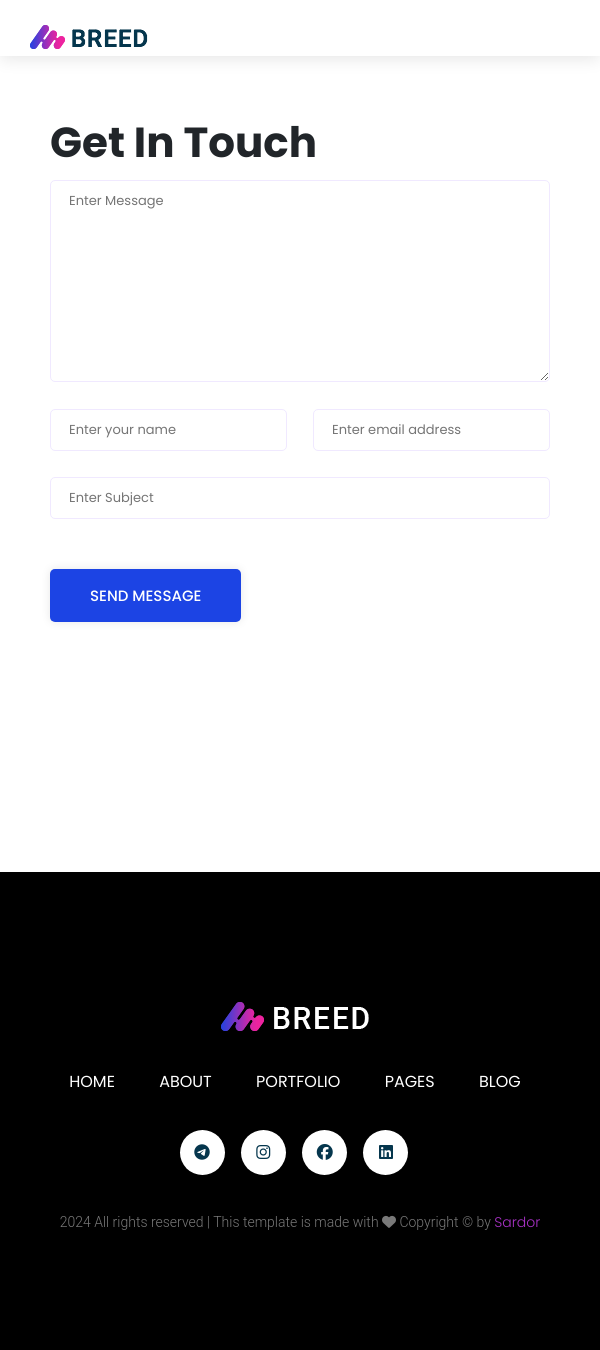
Repository: whoami2991/Sardorbek-Portfolio---Home
Page: contact.html
These files come from the project's save history. The page is drawn as it stood at one moment and after the next save; the edit follows.
The browser window is 600 px wide. The pictures show the whole page.

Above is the page before, as saved 2024-08-02 16:28:35.

After the next save:
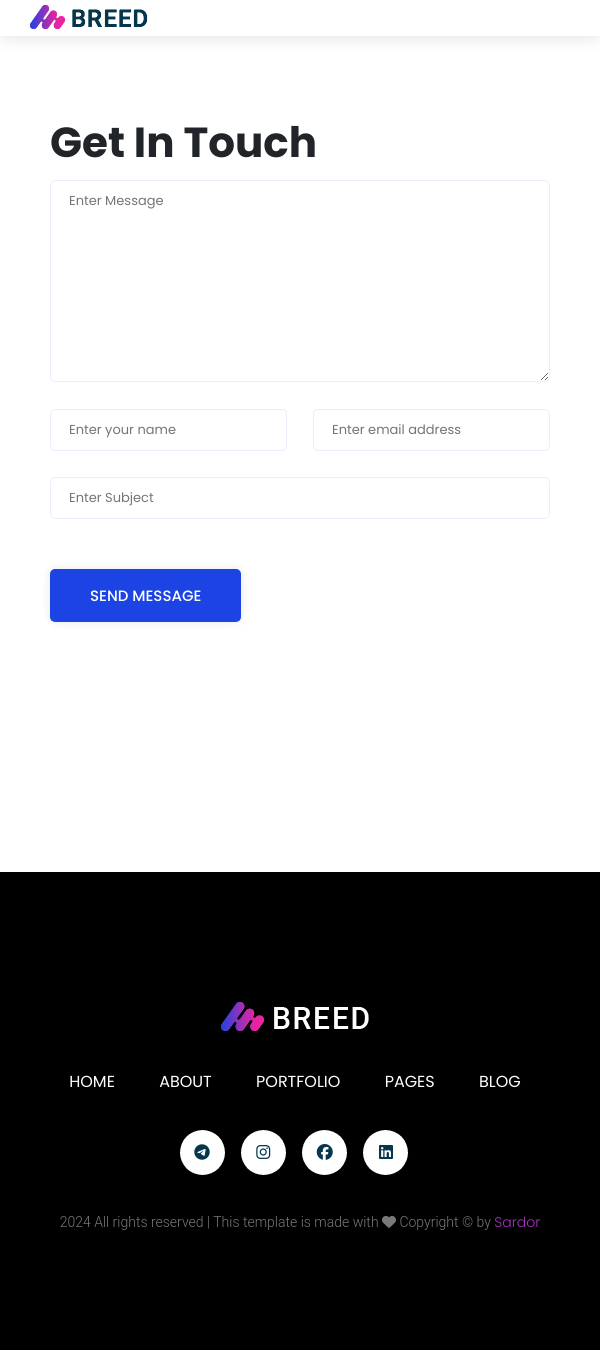
Saved 2 min 38 s later.
--- a/shared.css
+++ b/shared.css
@@ -178,4 +178,7 @@
     .main-navigation{
         display: none;
     }
+    .brand{
+        margin-top: 5px;
+    }
 }

After the save that followed:
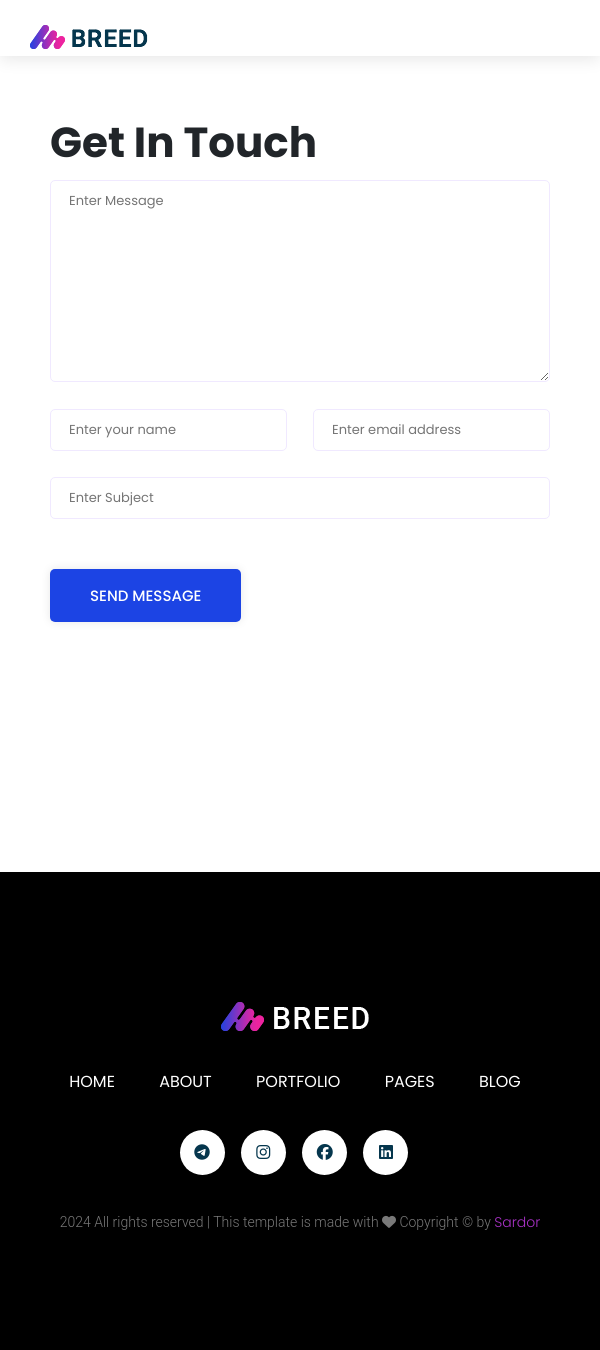
Saved 14 s later.
--- a/shared.css
+++ b/shared.css
@@ -179,6 +179,6 @@
         display: none;
     }
     .brand{
-        margin-top: 5px;
+        margin-top: ;
     }
 }
